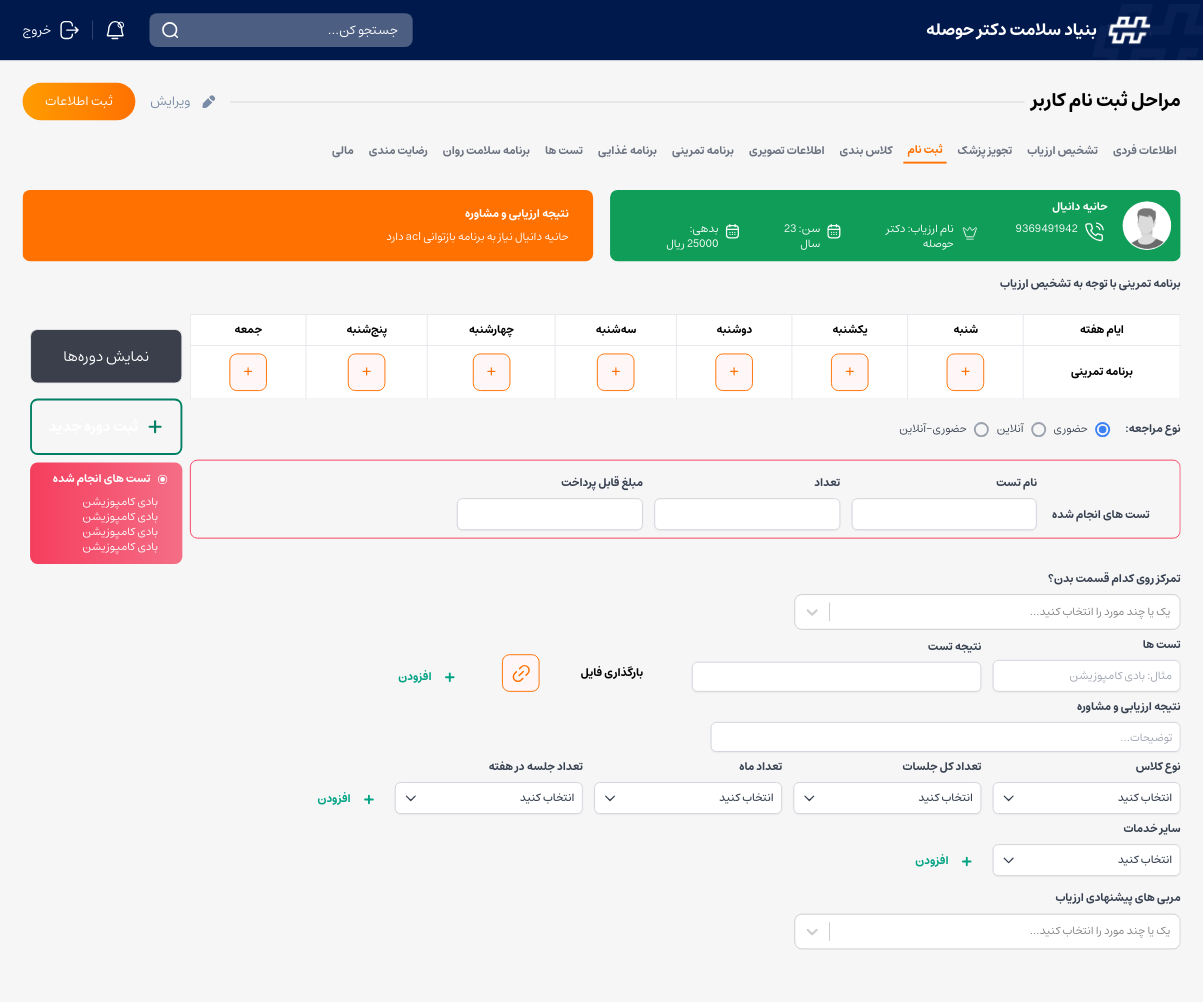
Repository: mirnajafi/ERP_hoseleh_V1.0
Page: /register, after clicking the first element matching `div.flex > :nth-child(4)`
The author's editor kept a copy of each file at every save. The page is drawn from the files as they stood at one save, then again after a run of saves.
The browser window is 1280 px wide. The pictures show the whole page, at 94% of full size.
Some web fonts or font styles are not loaded; a fallback is used. The project was rebuilt for these pictures with package versions that can differ from the ones it lists, and the page was loaded fresh each time. The framework's server and built-in components were replaced by stand-ins that run in the browser. Also part of the build but not shown: next.config.mjs, src/components/icons/trash.tsx, src/components/weekTable/weekTable.css, src/components/icons/copy.tsx, src/components/recognitionEvaluator/recognitionEvaluator.tsx.

Above is the page before, as saved 2025-02-28 23:48:23.

After the next 3 saves:
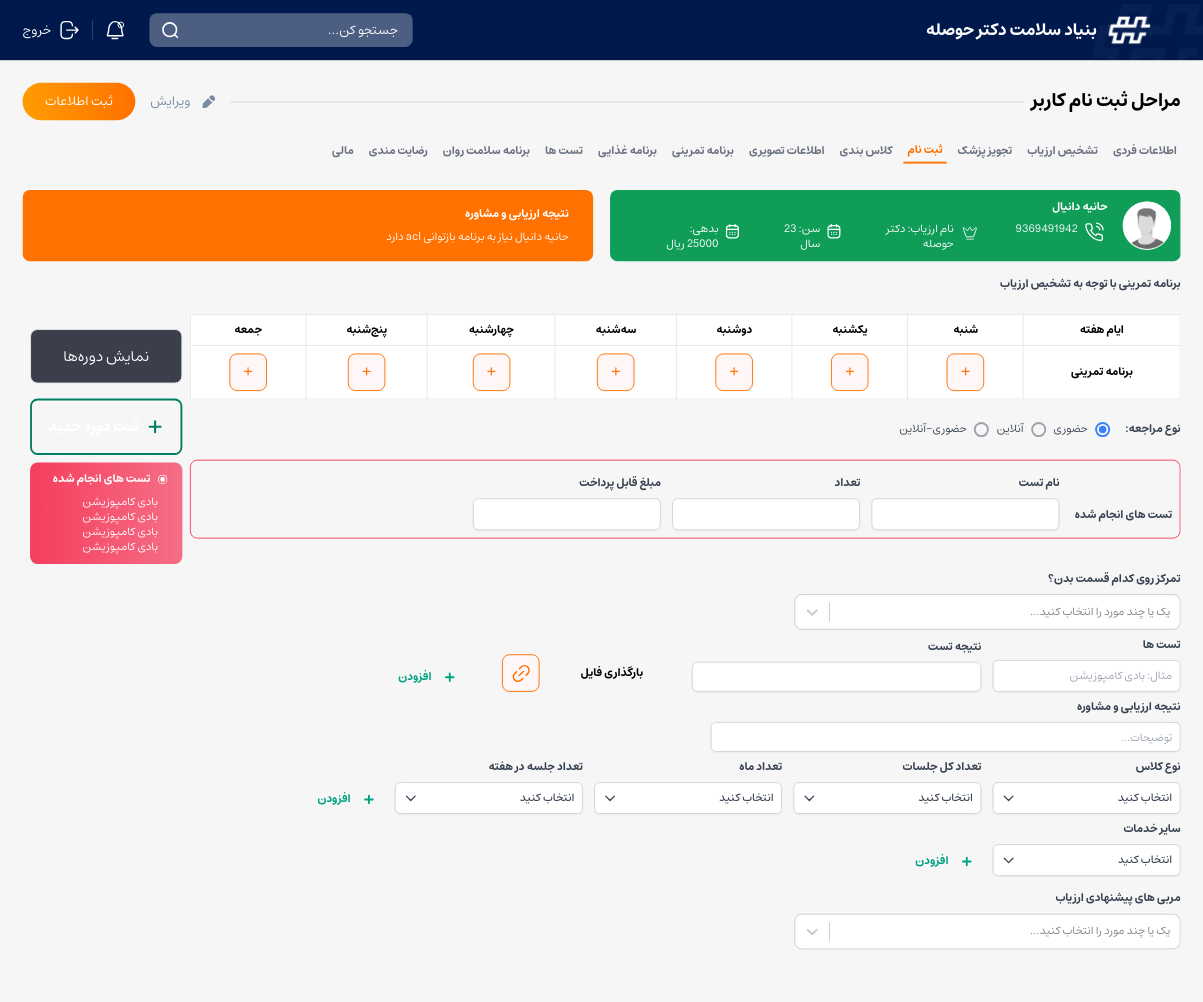
The 3 saves are shown as one change because they came seconds apart.
The last was saved 10 s later.
--- a/src/components/registration/registration.tsx
+++ b/src/components/registration/registration.tsx
@@ -81,7 +81,7 @@ const Registration = () => {
                     </div>
 
 
-                    <div className="w-full xl:py-2 my-0  flex flex-col xl:flex-row xl:justify-start xl:items-end border border-[#F53E5E] rounded-[8px] p-8">
+                    <div className="w-full xl:py-2 my-0  flex flex-col xl:flex-row xl:justify-start xl:items-end border border-[#F53E5E] rounded-[8px] p-[8px]">
                         <label className="my-2 text-xs font-bold text-gray-700 ml-4">تست های انجام شده</label>
 
                         <Input
